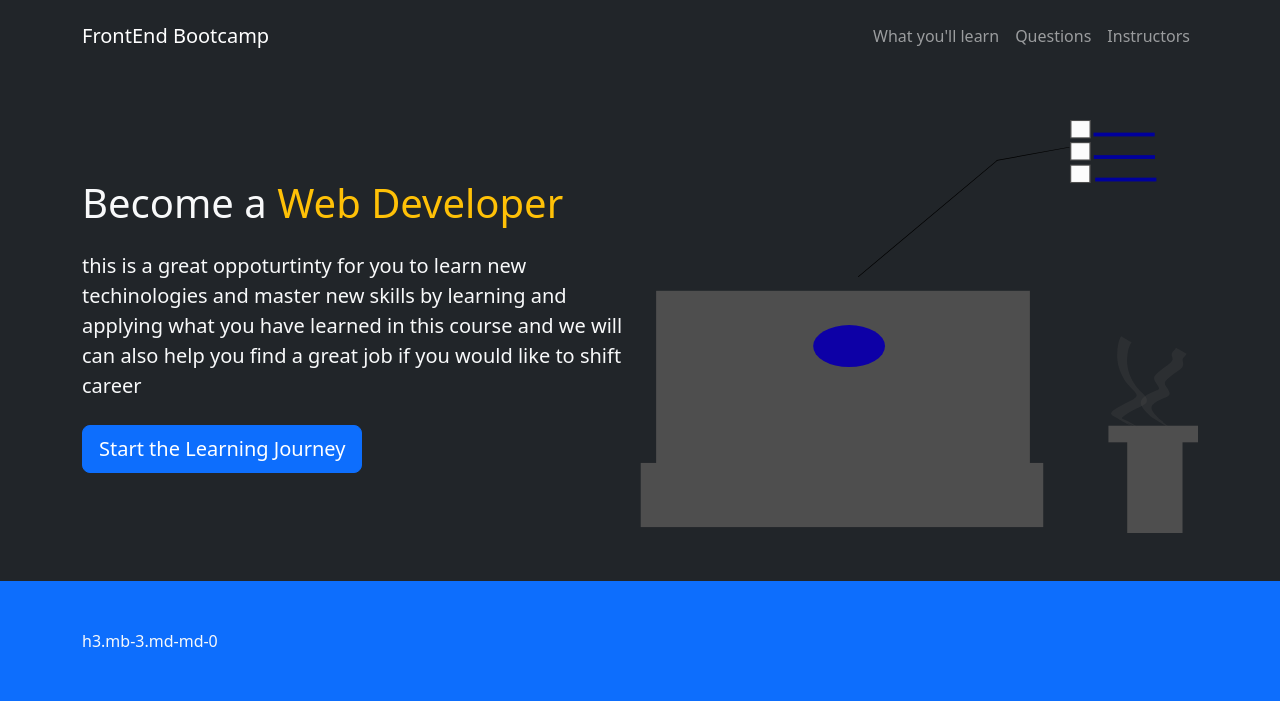
Repository: HaziimYassien/Front-End-BootCamp-__BootStrap-Project
Page: Front End BootCamp2/index.html
These files come from the project's save history. The page is drawn as it stood at one moment and after the next save; the edit follows.
The browser window is 1280 px wide. The pictures show the whole page.

Above is the page before, as saved 2024-01-12 02:33:39.

### Front End BootCamp2/index.html
<!DOCTYPE html>
<html lang="en">
  <head>
    <meta charset="utf-8" />
    <meta name="viewport" content="width=device-width, initial-scale=1" />
    <title>Frontend Bootcamp</title>
    <link
      href="https://cdn.jsdelivr.net/npm/bootstrap@5.3.2/dist/css/bootstrap.min.css"
      rel="stylesheet"
      integrity="sha384-T3c6CoIi6uLrA9TneNEoa7RxnatzjcDSCmG1MXxSR1GAsXEV/Dwwykc2MPK8M2HN"
      crossorigin="anonymous"
    />
    <link rel="stylesheet" href="style.css" />
  </head>
  <body>
    <!-- START _NavigationBar -->
    <nav class="navbar navbar-expand-lg bg-dark navbar-dark py-3">
      <div class="container">
        <a href="#" class="navbar-brand">FrontEnd Bootcamp</a>
        <button
          class="navbar-toggler"
          type="button"
          data-bs-toggle="collapse"
          data-bs-target="#navmenu"
        >
          <span class="navbar-toggler-icon"></span>
        </button>
        <div class="collapse navbar-collapse" id="navmenu">
          <ul class="navbar-nav ms-auto">
            <li class="nav-item">
              <a href="#learn" class="nav-link">What you'll learn</a>
            </li>
            <li class="nav-item">
              <a href="#questions" class="nav-link">Questions</a>
            </li>
            <li class="nav-item">
              <a href="#instructors" class="nav-link">Instructors</a>
            </li>
          </ul>
        </div>
      </div>
    </nav>
    <!-- END _NavigationBar -->

    <!-- START _ShowCase -->
    <section class="bg-dark text-light p-5 text-center text-sm-start">
      <div class="container">
        <div class="d-sm-flex align-items-center justify-content-between">
          <div>
            <h1>Become a <span class="text-warning"> Web Developer</span></h1>
            <p class="lead my-4">
              this is a great oppoturtinty for you to learn new techinologies
              and master new skills by learning and applying what you have
              learned in this course and we will can also help you find a great
              job if you would like to shift career
            </p>
            <button class="btn btn-primary btn-lg">
              Start the Learning Journey
            </button>
          </div>
          <img
            class="img-fluid w-50 h-50 d-none d-sm-block"
            src="img/FirstImage_BootCampProject.svg"
            alt=""
          />
        </div>
      </div>
    </section>
    <!-- END _ShowCase -->

    <!-- START _NewsLetter -->
    <section class="bg-primary text-light p-5">
      <div class="container">
        <div class="d-md-flex justify-content-between align-items-center">
          h3.mb-3.md-md-0
        </div>
      </div>
    </section>
    <script
      src="https://cdn.jsdelivr.net/npm/bootstrap@5.3.2/dist/js/bootstrap.bundle.min.js"
      integrity="sha384-C6RzsynM9kWDrMNeT87bh95OGNyZPhcTNXj1NW7RuBCsyN/o0jlpcV8Qyq46cDfL"
      crossorigin="anonymous"
    ></script>
  </body>
</html>

Loaded but not shown: Front End BootCamp2/style.css (no copy from this time; the picture is the same without it)

After the next save:
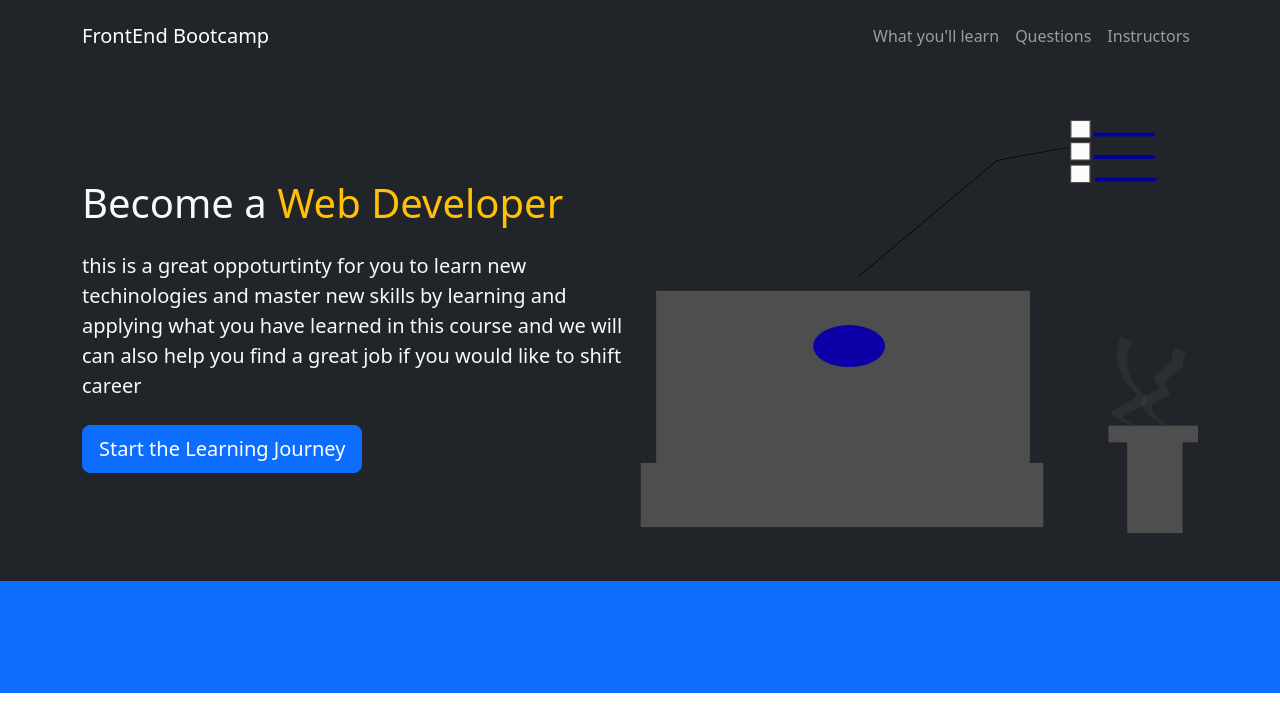
Saved 5 s later.
--- a/Front End BootCamp2/index.html
+++ b/Front End BootCamp2/index.html
@@ -72,7 +72,7 @@
     <section class="bg-primary text-light p-5">
       <div class="container">
         <div class="d-md-flex justify-content-between align-items-center">
-          h3.mb-3.md-md-0
+          <h3 class="mb-3 md-md-0"></h3>
         </div>
       </div>
     </section>
